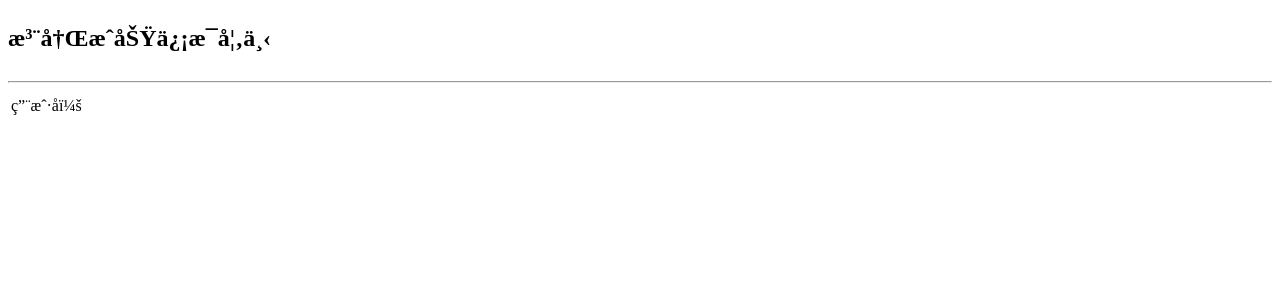
Repository: Lansefanggezi/JavaWeb
Page: http://localhost/HelloServlet/success.jsp
The author's editor kept a copy of each file at every save. The page is drawn from the files as they stood at one save, then again after the next save.
The browser window is 1280 px wide. The pictures show the whole page.
The page is served by Tomcat 9. Other server files are loaded and not shown.

Above is the page before, as saved 2018-03-30 03:33:44.

### HelloServlet/WebContent/success.jsp
<%@ page language="java" contentType="text/html; charset=ISO-8859-1"
    pageEncoding="ISO-8859-1"%>
<!DOCTYPE html PUBLIC "-//W3C//DTD HTML 4.01 Transitional//EN" "http://www.w3.org/TR/html4/loose.dtd">
<html>
<head>
<meta http-equiv="Content-Type" content="text/html; charset=gb2312">
<title>注册成功</title>
</head>
<body>
<h2>注册成功信息如下</h2>
<hr>
<table>
<tr>
<td>用户名：</td>
<td>${userInfo.userName}</td>
</tr>
</table>
</body>
</html>

After the next save:
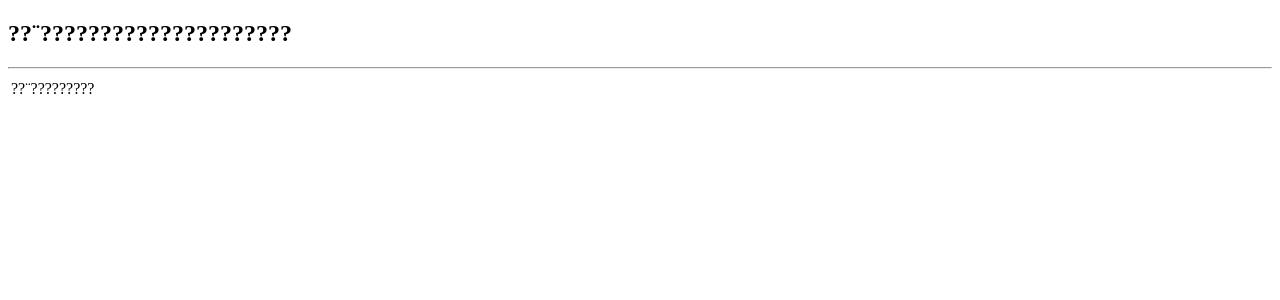
Saved 21 s later.
--- a/HelloServlet/WebContent/success.jsp
+++ b/HelloServlet/WebContent/success.jsp
@@ -1,4 +1,4 @@
-<%@ page language="java" contentType="text/html; charset=ISO-8859-1"
+<%@ page language="java" contentType="text/html; charset=gb2312"
     pageEncoding="ISO-8859-1"%>
 <!DOCTYPE html PUBLIC "-//W3C//DTD HTML 4.01 Transitional//EN" "http://www.w3.org/TR/html4/loose.dtd">
 <html>
